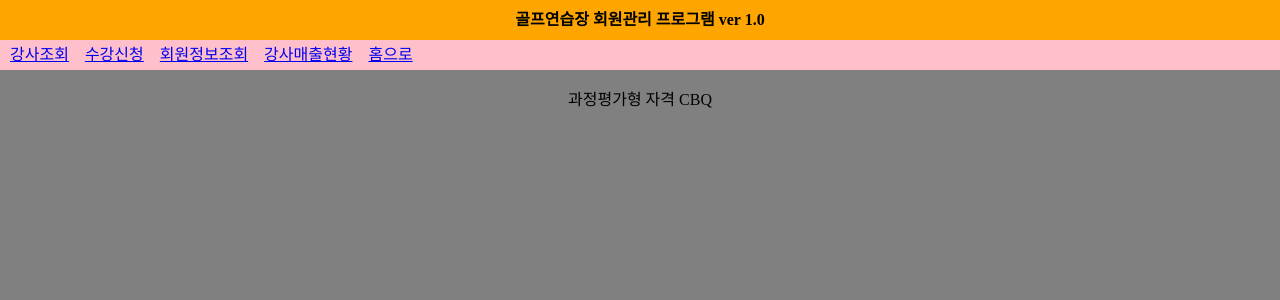
Repository: wjdwlgns1101/school_hrd
Page: http://localhost/hrd_30111_1_/
An editor plug-in stored every save of this project. The page is shown before and after the next save, followed by the edit.
The browser window is 1280 px wide. The pictures show the whole page.
The page is served by Tomcat 9.

Above is the page before, as saved 2024-05-06 13:53:17.

### hrd_30111_(1)/hrd_30111(1)/src/main/webapp/index.jsp
<%@ page language="java" contentType="text/html; charset=UTF-8"
    pageEncoding="UTF-8"%>
<!DOCTYPE html>
<html>
<head>
<meta charset="UTF-8">
<title>Insert title here</title>
</head>
<body>
<jsp:include page="header.jsp"></jsp:include>
<section style="position: fixed; background-color: gray; top: 70px; text-align: center; left: 0; width: 100%; height: 100%; ">
<p>과정평가형 자격 CBQ<p>


</section>


<jsp:include page="footer.jsp"></jsp:include>
</body>
</html>

### hrd_30111_(1)/hrd_30111(1)/src/main/webapp/header.jsp
<%@ page language="java" contentType="text/html; charset=UTF-8"
    pageEncoding="UTF-8"%>
<!DOCTYPE html>
<html>
<head>
<meta charset="UTF-8">
<title>Insert title here</title>
</head>
<body>
<header style="position: fixed; background-color: orange; width: 100%; height: 40px; padding: 0; left: 0; top: 0; text-align: center; line-height: 40px;'">
	<b>골프연습장 회원관리 프로그램 ver 1.0</b>

<nav style="background-color: pink; text-align: left; padding-left: 10px; height: 30px; line-height: 30px;" >

	<a href="#">강사조회</a> &nbsp;&nbsp;
	<a href="#">수강신청</a> &nbsp;&nbsp;
	<a href="#">회원정보조회</a> &nbsp;&nbsp;
	<a href="#">강사매출현황</a> &nbsp;&nbsp;
	<a href="index.jsp">홈으로</a>

</nav>

</header>


</body>
</html>

Loaded but not shown: hrd_30111_(1)/hrd_30111(1)/src/main/webapp/footer.jsp (common file)

After the next save:
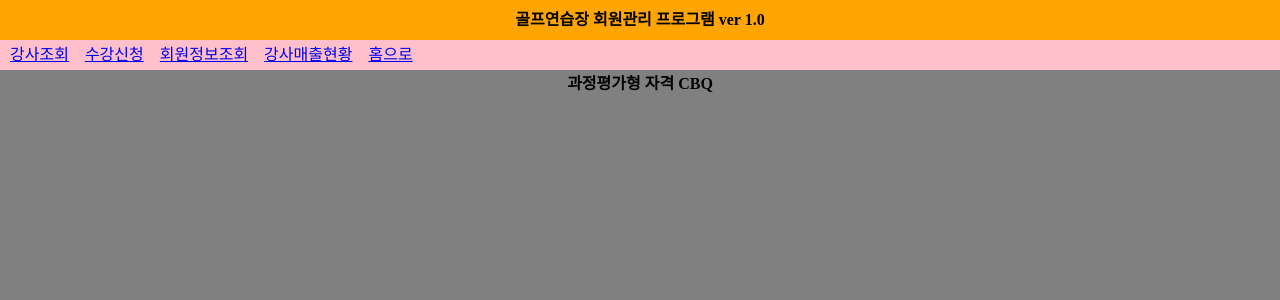
Saved 10 s later.
--- a/hrd_30111_(1)/hrd_30111(1)/src/main/webapp/index.jsp
+++ b/hrd_30111_(1)/hrd_30111(1)/src/main/webapp/index.jsp
@@ -9,7 +9,7 @@
 <body>
 <jsp:include page="header.jsp"></jsp:include>
 <section style="position: fixed; background-color: gray; top: 70px; text-align: center; left: 0; width: 100%; height: 100%; ">
-<p>과정평가형 자격 CBQ<p>
+<b>과정평가형 자격 CBQ<b>
 
 
 </section>
